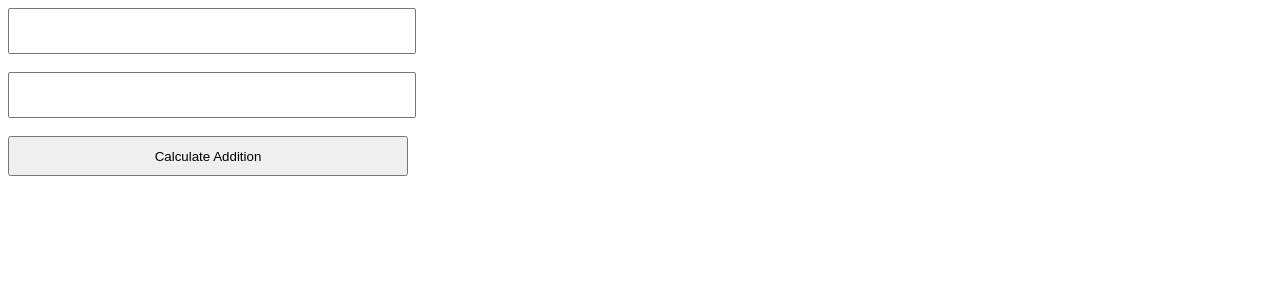
Repository: vaibhaokamble/MY_INSTITUTE_PUNE
Page: http://localhost/JSPApplication/addition.jsp
These files come from the project's save history. The page is drawn as it stood at one moment and after the next save; the edit follows.
The browser window is 1280 px wide. The pictures show the whole page.
The page is served by Tomcat 9.

Above is the page before, as saved 2022-10-18 15:11:48.

After the next save:
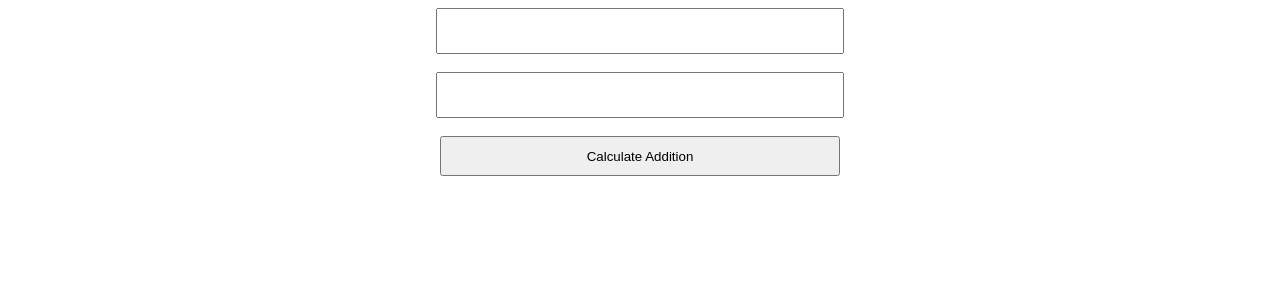
Saved 83 s later.
--- a/JSP/JSPApplication/src/main/webapp/addition.jsp
+++ b/JSP/JSPApplication/src/main/webapp/addition.jsp
@@ -15,12 +15,13 @@ input {
 <body>
 	<!-- Declaration -->
 	<%!int a, b, c;%>
-
+	<center>
 	<form name='frm' action='' method='POST'>
 		<input type='text' name='first' value='' /><br></br> <input
 			type='text' name='second' value='' /><br></br> <input type='submit'
 			name='s' value='Calculate Addition' /><br></br>
 	</form>
+	</center>
 
 	<!-- ScriptLet -->
 	<%
